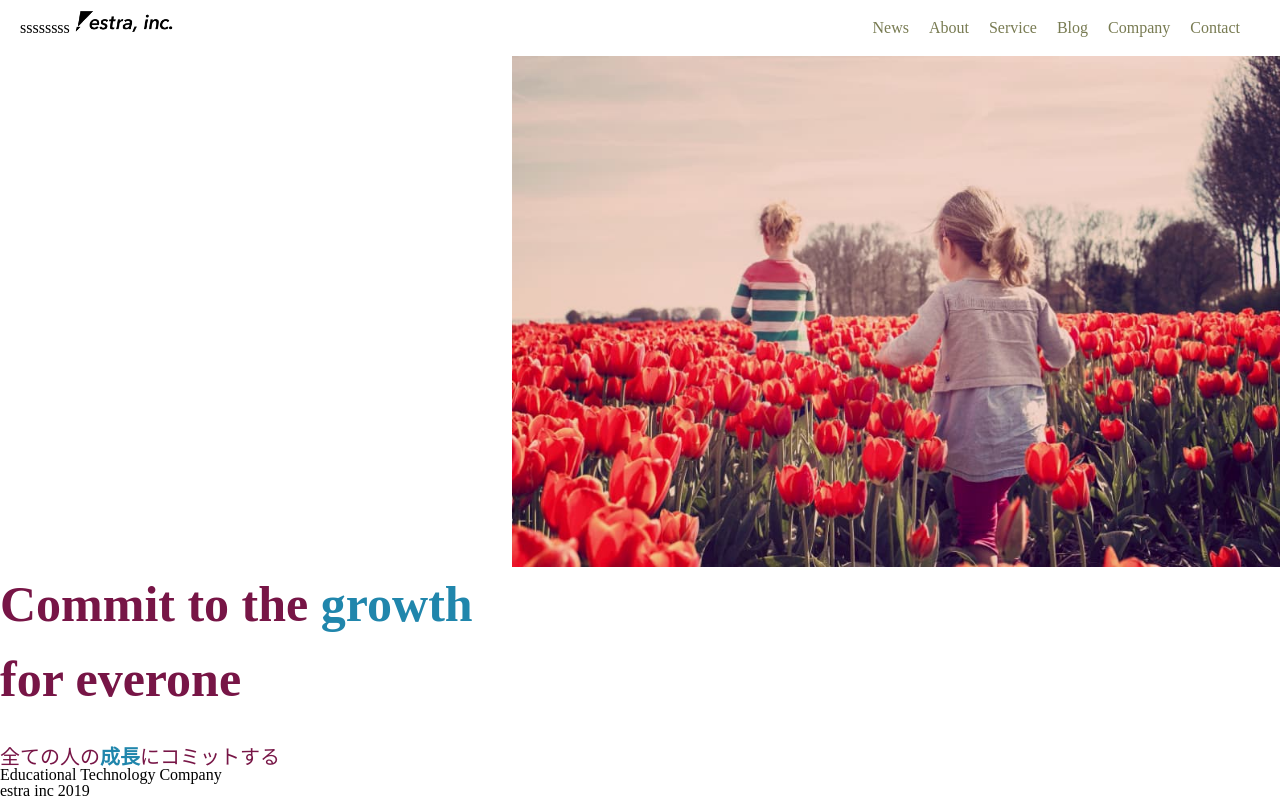
Repository: masanarimiura/20220504miura
Page: index.html
An editor plug-in stored every save of this project. The page is shown before and after the next save, followed by the edit.
The browser window is 1280 px wide. The pictures show the whole page.
Some web fonts or font styles are not loaded; a fallback is used.

Above is the page before, as saved 2022-05-04 18:30:23.

### index.html
<!DOCTYPE html>
<html lang="ja">

<head>
  <meta charset="UTF-8">
  <meta http-equiv="X-UA-Compatible" content="IE=edge">
  <meta name="viewport" content="width=device-width, initial-scale=1.0">
  <title>20220504miura</title>
  <link rel="stylesheet" href="css/reset.css">
  <link rel="stylesheet" href="css/style.css">
  <link rel="preconnect" href="https://fonts.googleapis.com">
  <link rel="preconnect" href="https://fonts.gstatic.com" crossorigin>
  <link href="https://fonts.googleapis.com/css2?family=Gochi+Hand&display=swap" rel="stylesheet">
</head>
<header class="header">
  <div class="header-inner">
    <div class="header-logo">
      <a href="">ssssssss
        <img src="img/estra_logo.png" alt="">
      </a>
    </div>
    <nav class="header-nav">
      <ul class="header-nav-list">
        <li class="header-nav-item"><a href="" class="header-nav-link">
            News
          </a></li>
        <li class="header-nav-item"><a href="" class="header-nav-link">
            About
          </a></li>
        <li class="header-nav-item"><a href="" class="header-nav-link">
            Service
          </a></li>
        <li class="header-nav-item"><a href="" class="header-nav-link">
            Blog
          </a></li>
        <li class="header-nav-item"><a href="" class="header-nav-link">
            Company
          </a></li>
        <li class="header-nav-item"><a href="" class="header-nav-link">
            Contact
          </a></li>
      </ul>
    </nav>
  </div>
</header>
<div class="firstview">
  <img src="img/firstview.jpg" alt="">
  <h2 class="firstview-ttl">
    Commit to the <span class="firstview-text-emphasis">growth</span> <br>for everone
  </h2>
  <div class="firstview">
    <p class="firstview-text">
      全ての人の<span class="firstview-text-emphasis">成長</span>にコミットする
    </p>
    <p class="firstview-en">
      Educational Technology Company <br>estra inc 2019
    </p>
  </div>
</div>

<body>

</body>

</html>

### css/style.css
a {
  text-decoration: none;
  color: inherit;
}
.header {
  width: 100%;
}
.header-inner {
  display: flex;
  justify-content: space-between;
  margin: 10px 20px;
}
.header img {
  width: 100px;
}
.header-nav {
  margin: 10px 20px;
}
.header-nav-list {
  display: flex;
  justify-content: center;
}
.header-nav-item {
  color: rgb(120, 123, 82);
}
.header-nav-item:not(:last-child) {
  padding-right: 20px;
}
.firstview {
  width: 100%;
  position: relative;
}
.firstview img {
  width: 60%;
  margin: 0 0 0 auto;
  display: block;
}
.firstview-ttl {
  color: rgb(119, 21, 70);
  font-size: 50px;
  font-family: "Gochi Hand", cursive;
  line-height: 1.5;
}
.firstview-text {
  color: rgb(119, 21, 70);
  font-size: 20px;
  margin-top: 30px;
}
.firstview-text-en {
  color: rgb(222, 172, 24);
}
.firstview-text-emphasis {
  color: rgb(32, 134, 172);
  font-weight: bold;
}

Loaded but not shown: css/reset.css (common file)

After the next save:
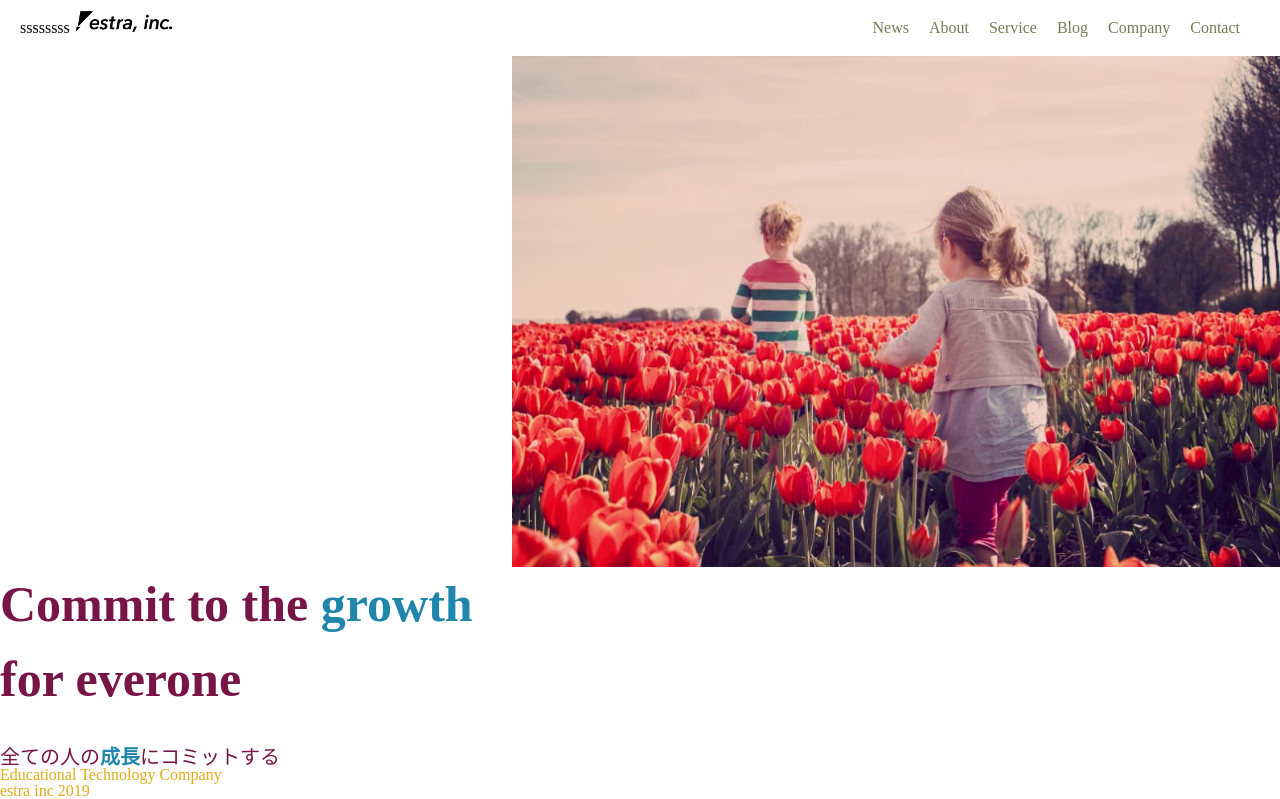
Saved 19 s later.
--- a/css/style.css
+++ b/css/style.css
@@ -46,7 +46,7 @@ a {
   font-size: 20px;
   margin-top: 30px;
 }
-.firstview-text-en {
+.firstview-en {
   color: rgb(222, 172, 24);
 }
 .firstview-text-emphasis {
